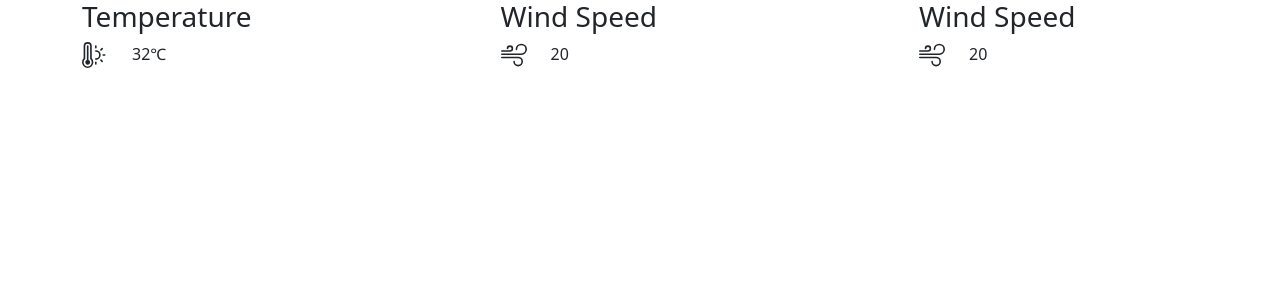
Repository: Saiyamjain-100/weather-app
Page: src/component/new.html
These files come from the project's save history. The page is drawn as it stood at one moment and after the next save; the edit follows.
The browser window is 1280 px wide. The pictures show the whole page.

Above is the page before, as saved 2022-05-18 14:31:21.

### src/component/new.html
<!DOCTYPE html>
<html lang="en">
<head>
    <meta charset="UTF-8">
    <meta http-equiv="X-UA-Compatible" content="IE=edge">
    <meta name="viewport" content="width=device-width, initial-scale=1.0">

    <link href="https://cdn.jsdelivr.net/npm/bootstrap@5.2.0-beta1/dist/css/bootstrap.min.css" rel="stylesheet" integrity="sha384-0evHe/X+R7YkIZDRvuzKMRqM+OrBnVFBL6DOitfPri4tjfHxaWutUpFmBp4vmVor" crossorigin="anonymous">
    <title>Document</title>
</head>
<body>
    <script src="https://cdn.jsdelivr.net/npm/bootstrap@5.2.0-beta1/dist/js/bootstrap.bundle.min.js" integrity="sha384-pprn3073KE6tl6bjs2QrFaJGz5/SUsLqktiwsUTF55Jfv3qYSDhgCecCxMW52nD2" crossorigin="anonymous"></script>

    <div class="container">
        <div class="d-flex justify-content-between">
            <div class="col-md-3">
                <h3>Temperature</h3>
                <div class="d-flex justify-content-start">
                    <svg xmlns="http://www.w3.org/2000/svg" width="26" height="26" fill="currentColor" class="bi bi-thermometer-sun" viewBox="0 0 16 16">
                        <path d="M5 12.5a1.5 1.5 0 1 1-2-1.415V2.5a.5.5 0 0 1 1 0v8.585A1.5 1.5 0 0 1 5 12.5z"/>
                        <path d="M1 2.5a2.5 2.5 0 0 1 5 0v7.55a3.5 3.5 0 1 1-5 0V2.5zM3.5 1A1.5 1.5 0 0 0 2 2.5v7.987l-.167.15a2.5 2.5 0 1 0 3.333 0L5 10.486V2.5A1.5 1.5 0 0 0 3.5 1zm5 1a.5.5 0 0 1 .5.5v1a.5.5 0 0 1-1 0v-1a.5.5 0 0 1 .5-.5zm4.243 1.757a.5.5 0 0 1 0 .707l-.707.708a.5.5 0 1 1-.708-.708l.708-.707a.5.5 0 0 1 .707 0zM8 5.5a.5.5 0 0 1 .5-.5 3 3 0 1 1 0 6 .5.5 0 0 1 0-1 2 2 0 0 0 0-4 .5.5 0 0 1-.5-.5zM12.5 8a.5.5 0 0 1 .5-.5h1a.5.5 0 1 1 0 1h-1a.5.5 0 0 1-.5-.5zm-1.172 2.828a.5.5 0 0 1 .708 0l.707.708a.5.5 0 0 1-.707.707l-.708-.707a.5.5 0 0 1 0-.708zM8.5 12a.5.5 0 0 1 .5.5v1a.5.5 0 0 1-1 0v-1a.5.5 0 0 1 .5-.5z"/>
                      </svg>
                    <p class="mx-4"style="text-size-adjust: 20px;">32<span>&#8451;</span></p>
                </div>
            </div>
            <div class="col-md-3">
                <h3>Wind Speed</h3>
                <div class="d-flex justify-content-start">
                    <svg xmlns="http://www.w3.org/2000/svg" width="26" height="26" fill="currentColor" class="bi bi-wind" viewBox="0 0 16 16">
                        <path d="M12.5 2A2.5 2.5 0 0 0 10 4.5a.5.5 0 0 1-1 0A3.5 3.5 0 1 1 12.5 8H.5a.5.5 0 0 1 0-1h12a2.5 2.5 0 0 0 0-5zm-7 1a1 1 0 0 0-1 1 .5.5 0 0 1-1 0 2 2 0 1 1 2 2h-5a.5.5 0 0 1 0-1h5a1 1 0 0 0 0-2zM0 9.5A.5.5 0 0 1 .5 9h10.042a3 3 0 1 1-3 3 .5.5 0 0 1 1 0 2 2 0 1 0 2-2H.5a.5.5 0 0 1-.5-.5z"/>
                      </svg>
                    <p class="mx-4"style="text-size-adjust: 20px;">20</p>
                </div>
            </div>
            <div class="col-md-3">
                <h3>Wind Speed</h3>
                <div class="d-flex justify-content-start">
                    <svg xmlns="http://www.w3.org/2000/svg" width="26" height="26" fill="currentColor" class="bi bi-wind" viewBox="0 0 16 16">
                        <path d="M12.5 2A2.5 2.5 0 0 0 10 4.5a.5.5 0 0 1-1 0A3.5 3.5 0 1 1 12.5 8H.5a.5.5 0 0 1 0-1h12a2.5 2.5 0 0 0 0-5zm-7 1a1 1 0 0 0-1 1 .5.5 0 0 1-1 0 2 2 0 1 1 2 2h-5a.5.5 0 0 1 0-1h5a1 1 0 0 0 0-2zM0 9.5A.5.5 0 0 1 .5 9h10.042a3 3 0 1 1-3 3 .5.5 0 0 1 1 0 2 2 0 1 0 2-2H.5a.5.5 0 0 1-.5-.5z"/>
                      </svg>
                    <p class="mx-4"style="text-size-adjust: 20px;">20</p>
                </div>
            </div>
        </div>
    </div>
</body>
</html>

After the next save:
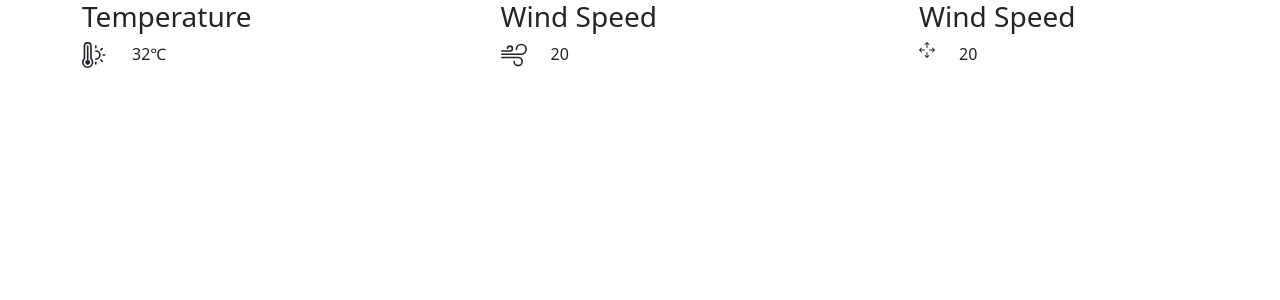
Saved 7 s later.
--- a/src/component/new.html
+++ b/src/component/new.html
@@ -35,8 +35,8 @@
             <div class="col-md-3">
                 <h3>Wind Speed</h3>
                 <div class="d-flex justify-content-start">
-                    <svg xmlns="http://www.w3.org/2000/svg" width="26" height="26" fill="currentColor" class="bi bi-wind" viewBox="0 0 16 16">
-                        <path d="M12.5 2A2.5 2.5 0 0 0 10 4.5a.5.5 0 0 1-1 0A3.5 3.5 0 1 1 12.5 8H.5a.5.5 0 0 1 0-1h12a2.5 2.5 0 0 0 0-5zm-7 1a1 1 0 0 0-1 1 .5.5 0 0 1-1 0 2 2 0 1 1 2 2h-5a.5.5 0 0 1 0-1h5a1 1 0 0 0 0-2zM0 9.5A.5.5 0 0 1 .5 9h10.042a3 3 0 1 1-3 3 .5.5 0 0 1 1 0 2 2 0 1 0 2-2H.5a.5.5 0 0 1-.5-.5z"/>
+                    <svg xmlns="http://www.w3.org/2000/svg" width="16" height="16" fill="currentColor" class="bi bi-arrows-move" viewBox="0 0 16 16">
+                        <path fill-rule="evenodd" d="M7.646.146a.5.5 0 0 1 .708 0l2 2a.5.5 0 0 1-.708.708L8.5 1.707V5.5a.5.5 0 0 1-1 0V1.707L6.354 2.854a.5.5 0 1 1-.708-.708l2-2zM8 10a.5.5 0 0 1 .5.5v3.793l1.146-1.147a.5.5 0 0 1 .708.708l-2 2a.5.5 0 0 1-.708 0l-2-2a.5.5 0 0 1 .708-.708L7.5 14.293V10.5A.5.5 0 0 1 8 10zM.146 8.354a.5.5 0 0 1 0-.708l2-2a.5.5 0 1 1 .708.708L1.707 7.5H5.5a.5.5 0 0 1 0 1H1.707l1.147 1.146a.5.5 0 0 1-.708.708l-2-2zM10 8a.5.5 0 0 1 .5-.5h3.793l-1.147-1.146a.5.5 0 0 1 .708-.708l2 2a.5.5 0 0 1 0 .708l-2 2a.5.5 0 0 1-.708-.708L14.293 8.5H10.5A.5.5 0 0 1 10 8z"/>
                       </svg>
                     <p class="mx-4"style="text-size-adjust: 20px;">20</p>
                 </div>
